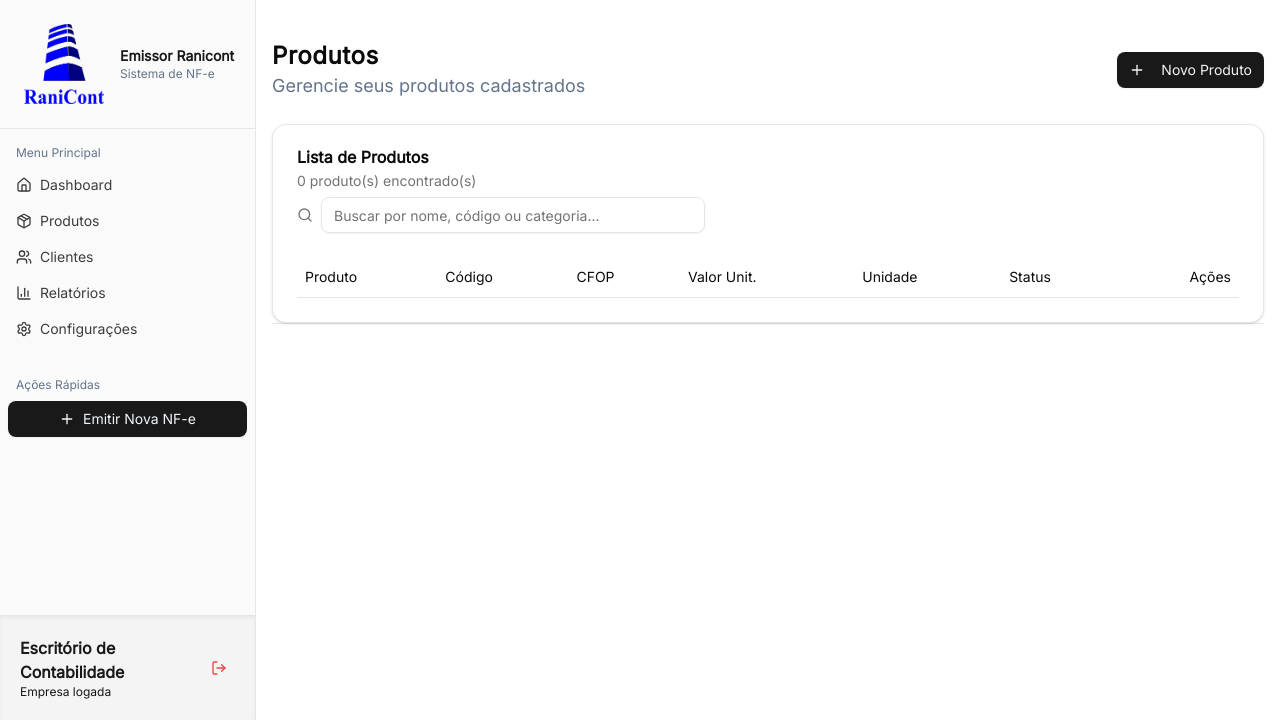
Repository: vinimx/emissor-ranicont
Page: /produtos
These files come from the project's save history. The page is drawn as it stood at one moment and after the next save; the edit follows.
The browser window is 1280 px wide. The pictures show the whole page.
The project was rebuilt for these pictures with package versions that can differ from the ones it lists, and the page was loaded fresh each time. Also part of the build but not shown: vite.config.js, src/components/ui/label.jsx, src/components/Auth/Login/index.jsx, src/components/Auth/Cadastrar/index.jsx, src/components/ui/separator.jsx, src/components/ui/skeleton.jsx, src/components/ui/badge.jsx, src/components/Dashboard/index.jsx and 1 more.

Above is the page before, as saved 2025-06-20 11:36:36.

After the next save:
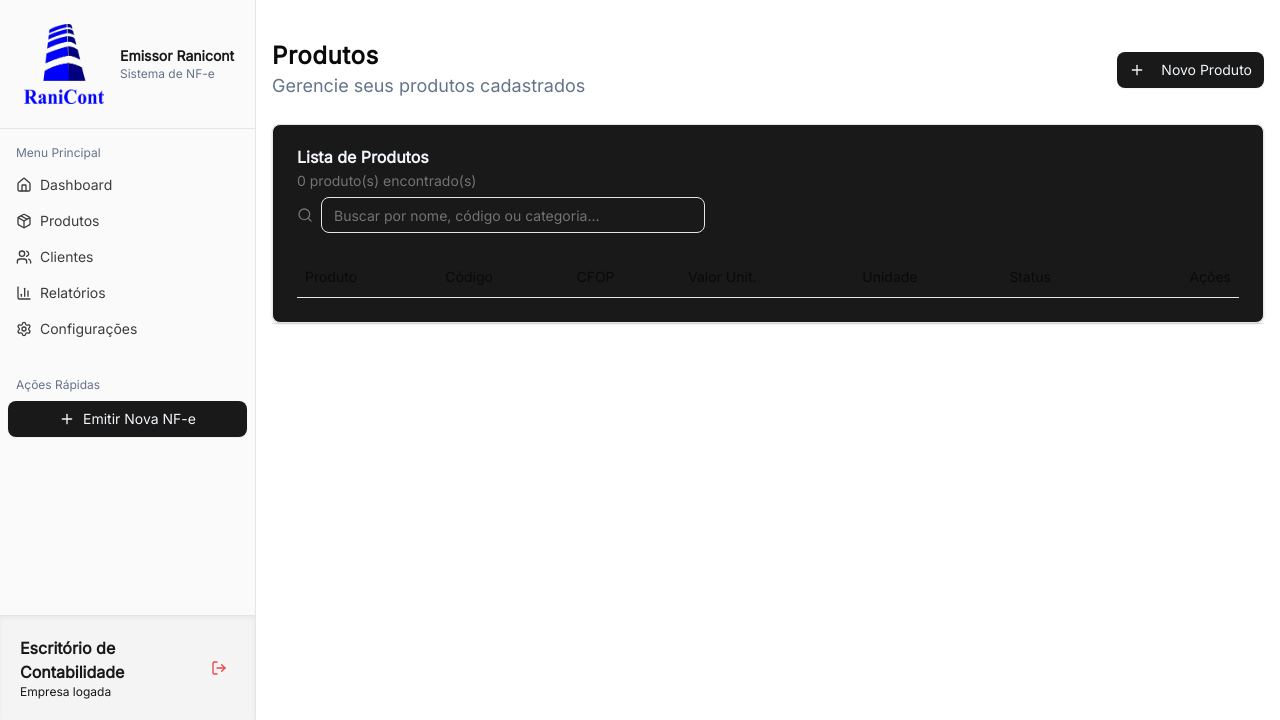
Saved 5 min 20 s later.
--- a/src/components/Produtos/index.jsx
+++ b/src/components/Produtos/index.jsx
@@ -84,7 +84,17 @@
                     Novo Produto
                   </Button>
                 </SheetTrigger>
-                <SheetContent className="w-[290px] sm:w-[540px] p-4">
+                <SheetContent
+                  className="w-[290px] sm:w-[540px] p-4"
+                  style={{
+                    background: "var(--sidebar-primaria)",
+                    color: "var(--primaria-texto)",
+                    borderColor: "var(--sidebar-borda)",
+                    borderWidth: 1,
+                    borderStyle: "solid",
+                    borderRadius: "var(--raio)",
+                  }}
+                >
                   <SheetHeader>
                     <SheetTitle>Novo Produto</SheetTitle>
                     <SheetDescription>
@@ -302,7 +312,16 @@
               </Sheet>
             }
           />
-          <Card>
+          <Card
+            style={{
+              background: "var(--sidebar-primaria)",
+              color: "var(--primaria-texto)",
+              borderColor: "var(--sidebar-borda)",
+              borderWidth: 1,
+              borderStyle: "solid",
+              borderRadius: "var(--raio)",
+            }}
+          >
             <CardHeader>
               <CardTitle>Lista de Produtos</CardTitle>
               <CardDescription>
@@ -399,10 +418,21 @@
                 {filteredProducts.map((product) => (
                   <div
                     key={product.id}
-                    className="border rounded-lg p-3 bg-white shadow"
+                    className="border rounded-lg p-3 shadow"
+                    style={{
+                      background: "var(--sidebar-primaria)",
+                      color: "var(--primaria-texto)",
+                      borderColor: "var(--sidebar-borda)",
+                      borderWidth: 1,
+                      borderStyle: "solid",
+                      borderRadius: "var(--raio)",
+                    }}
                   >
                     <div className="font-bold">{product.name}</div>
-                    <div className="text-xs text-muted-foreground mb-2">
+                    <div
+                      className="text-xs mb-2"
+                      style={{ color: "var(--sidebar-borda)" }}
+                    >
                       {product.category}
                     </div>
                     <div className="flex flex-wrap gap-2 text-sm">
@@ -426,10 +456,24 @@
                       </span>
                     </div>
                     <div className="flex gap-2 mt-2">
-                      <Button variant="outline" size="sm">
+                      <Button
+                        variant="outline"
+                        size="sm"
+                        style={{
+                          borderColor: "var(--sidebar-borda)",
+                          color: "var(--sidebar-primaria)",
+                        }}
+                      >
                         <Edit className="h-4 w-4" />
                       </Button>
-                      <Button variant="outline" size="sm">
+                      <Button
+                        variant="outline"
+                        size="sm"
+                        style={{
+                          borderColor: "var(--sidebar-borda)",
+                          color: "var(--sidebar-primaria)",
+                        }}
+                      >
                         <Trash2 className="h-4 w-4" />
                       </Button>
                     </div>

After the save that followed:
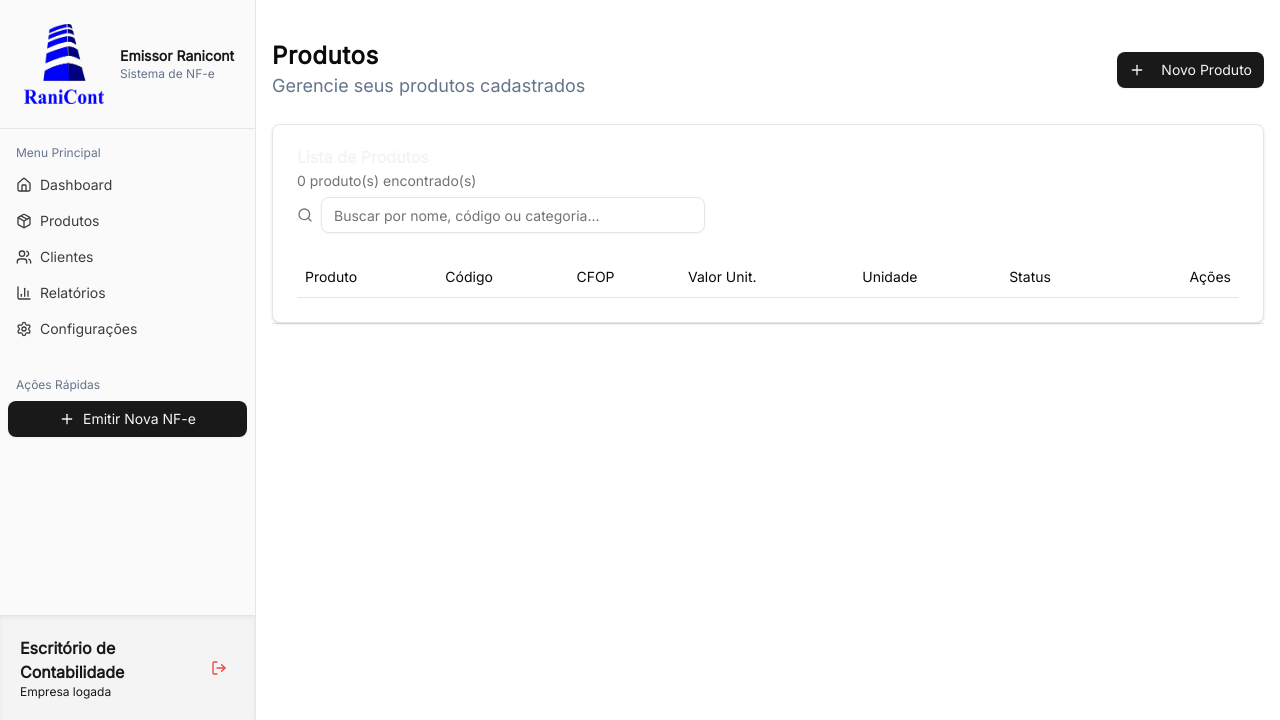
Saved 71 s later.
--- a/src/components/Produtos/index.jsx
+++ b/src/components/Produtos/index.jsx
@@ -87,7 +87,7 @@
                 <SheetContent
                   className="w-[290px] sm:w-[540px] p-4"
                   style={{
-                    background: "var(--sidebar-primaria)",
+                    background: "#fff", // fundo claro
                     color: "var(--primaria-texto)",
                     borderColor: "var(--sidebar-borda)",
                     borderWidth: 1,
@@ -314,7 +314,7 @@
           />
           <Card
             style={{
-              background: "var(--sidebar-primaria)",
+              background: "#fff", // fundo claro
               color: "var(--primaria-texto)",
               borderColor: "var(--sidebar-borda)",
               borderWidth: 1,
@@ -420,7 +420,7 @@
                     key={product.id}
                     className="border rounded-lg p-3 shadow"
                     style={{
-                      background: "var(--sidebar-primaria)",
+                      background: "#fff", // fundo claro
                       color: "var(--primaria-texto)",
                       borderColor: "var(--sidebar-borda)",
                       borderWidth: 1,
